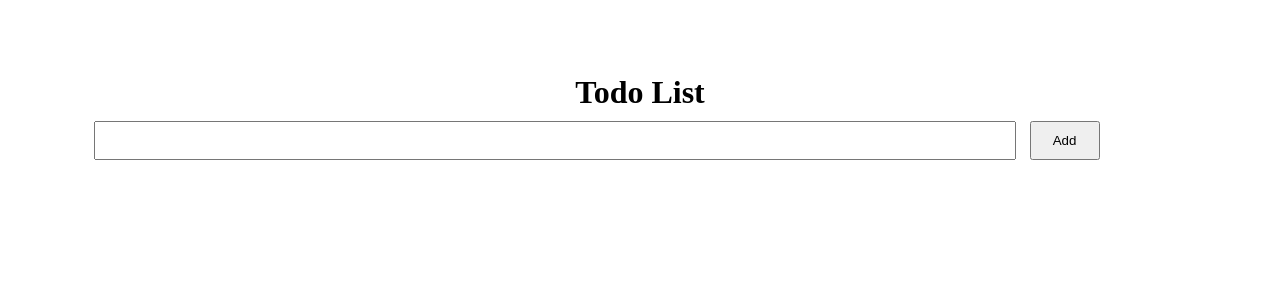
Repository: TENSAEA/----todo
Page: index.html
The author's editor kept a copy of each file at every save. The page is drawn from the files as they stood at one save, then again after the next save.
The browser window is 1280 px wide. The pictures show the whole page.

Above is the page before, as saved 2023-10-12 21:45:27.

After the next save:
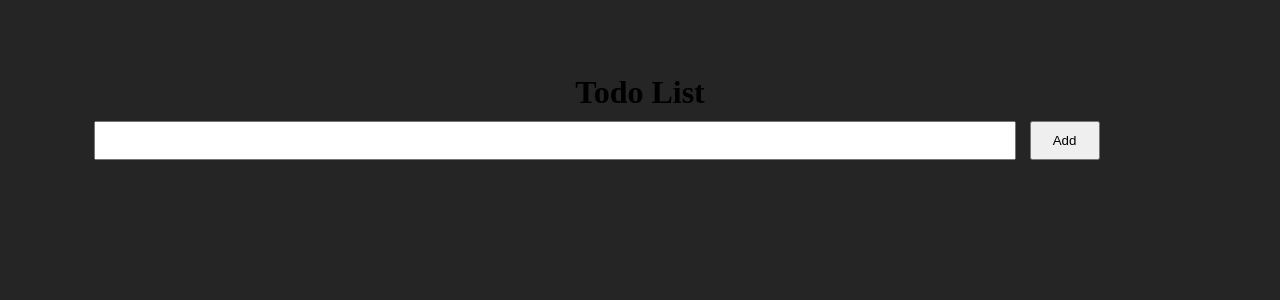
Saved 75 s later.
--- a/style.css
+++ b/style.css
@@ -2,6 +2,9 @@
    box-sizing:border-box;
    margin:0;
    padding:0;
+}
+body{
+    background-color: #252525;
 }
 #particle{
     width: 100%;
